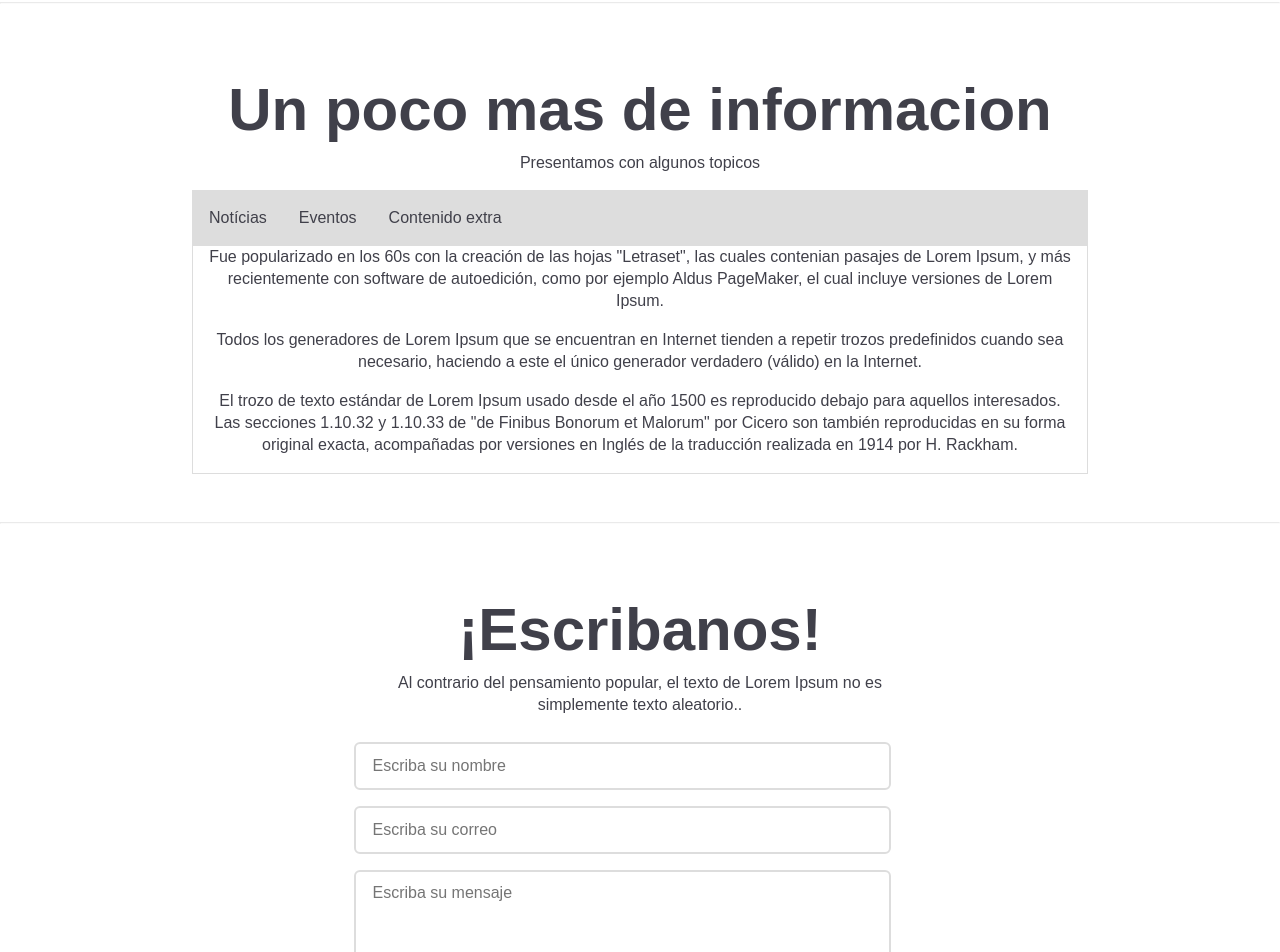
Repository: robsonmarkes/accesibilidad
Page: index.html
An editor plug-in stored every save of this project. The page is shown before and after the next save, followed by the edit.
The browser window is 1280 px wide. The pictures show the part of the page from y = 2022 to 2974 px (the page is 3293 px tall before and 3347 px after).
A picture or video elsewhere on the page could not be fetched, so the positions and the page height are approximate.

Above is the page before, as saved 2022-10-13 10:57:59.

After the next save:
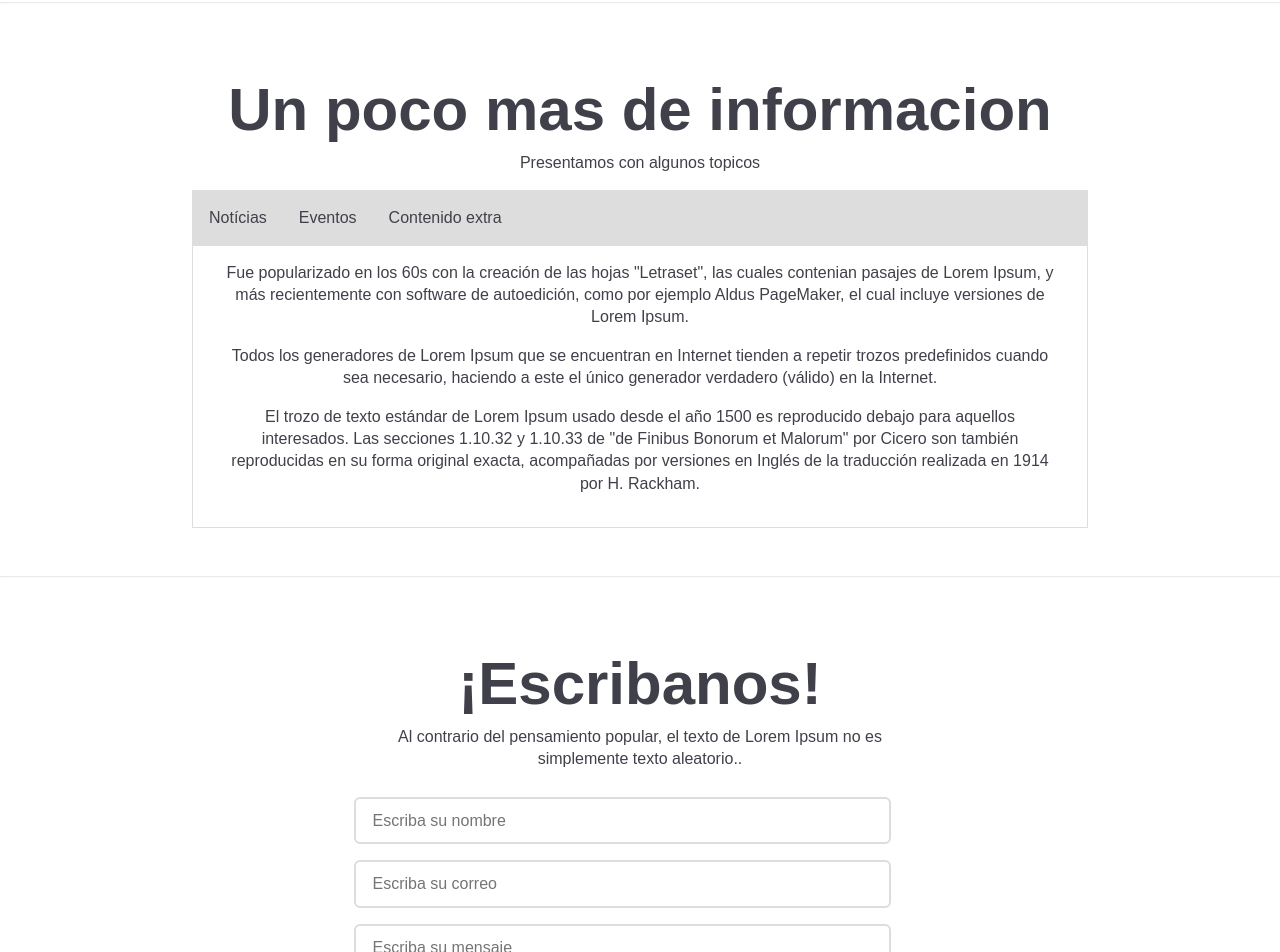
Saved 12 s later.
--- a/style.css
+++ b/style.css
@@ -219,7 +219,7 @@ body a:hover {
     color: var(--secondary-color);
 }
 
-.wrap .content .article .tabs .tabmenu .tab-content {
+.wrap .content .article .tabs .tab-content {
     margin: 1rem;
 }
 
